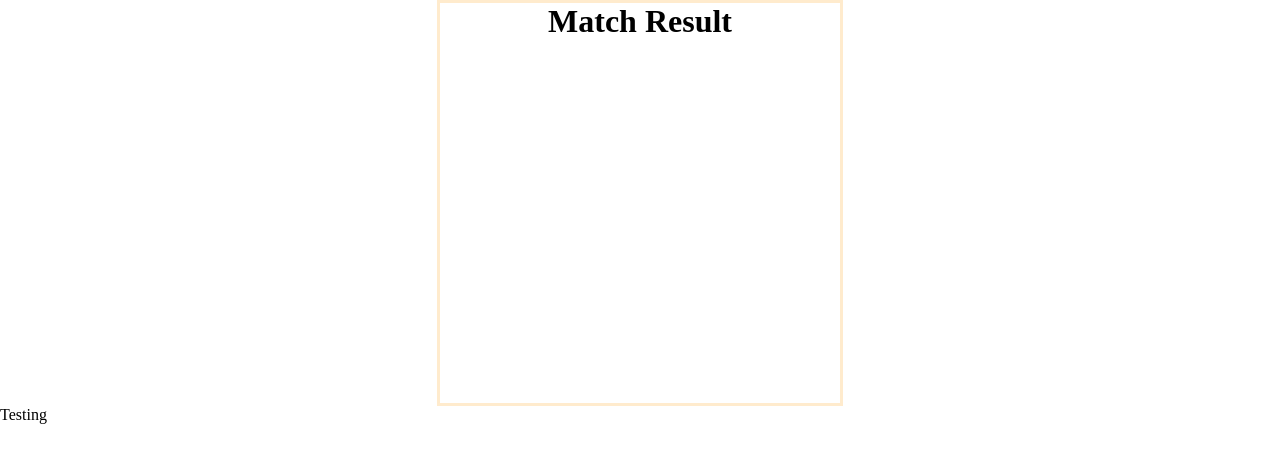
Repository: stevenxylver/mini-games
Page: index.html
These files come from the project's save history. The page is drawn as it stood at one moment and after the next save; the edit follows.
The browser window is 1280 px wide. The pictures show the whole page.

Above is the page before, as saved 2022-07-16 13:26:53.

After the next save:
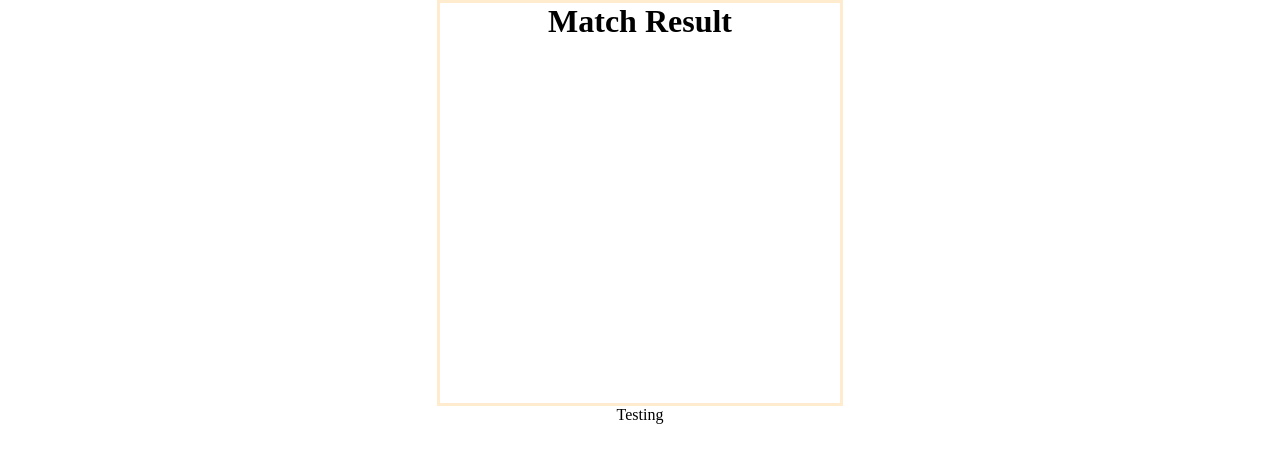
Saved 2 min 37 s later.
--- a/style.css
+++ b/style.css
@@ -20,6 +20,19 @@
     height: 400px;
     text-align: center;
 }
-.title {
+
+.games{
+    display: flex;
+    justify-content: center;
+    align-items: center;
+}
+
+.option{
+    width: 30%;
+    margin: 10px 15px ;
+    padding: 25px;
     text-align: center;
+    font-size: 40px;
+    background-color: bisque;
+
 }
